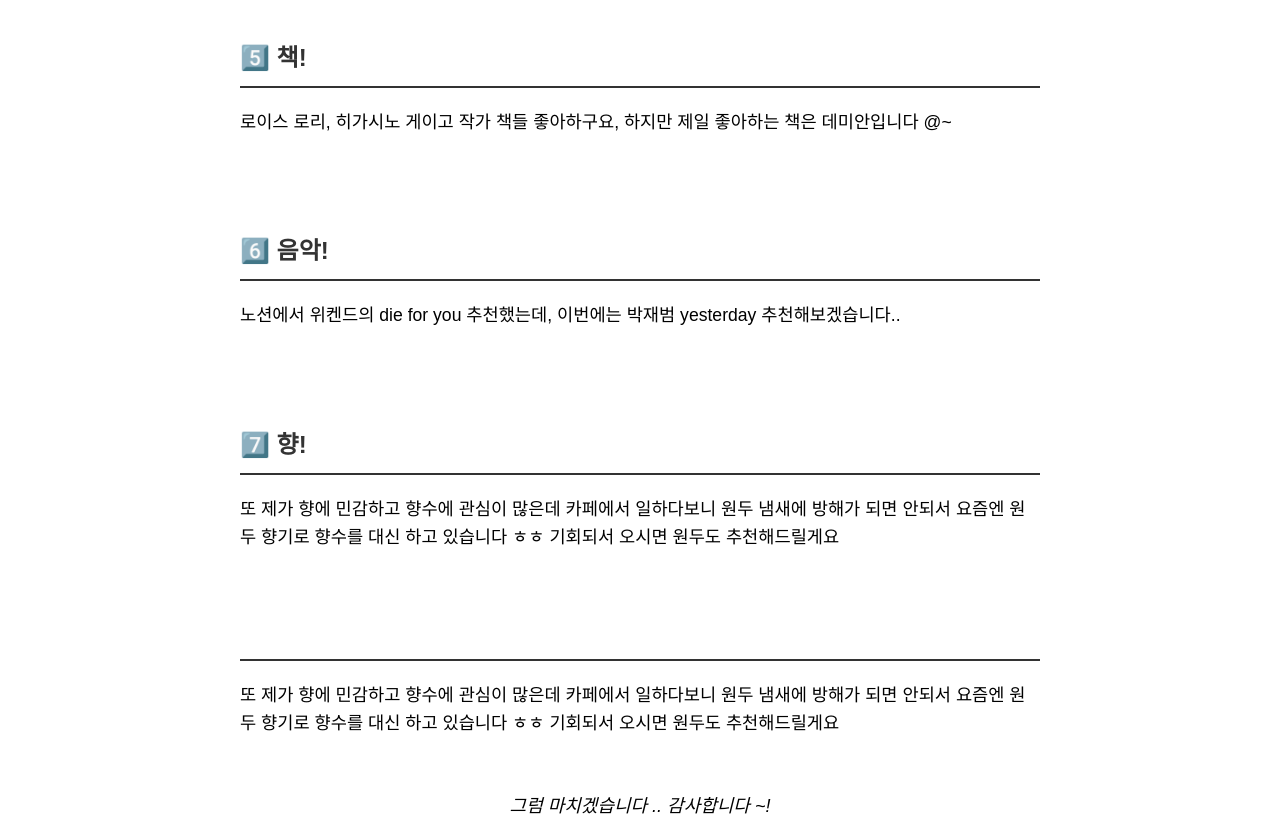
Repository: 211-k/211-k.github.io
Page: index.html
The author's editor kept a copy of each file at every save. The page is drawn from the files as they stood at one save, then again after the next save.
The browser window is 1280 px wide. The pictures show the part of the page from y = 2919 to 3793 px (the page is 3757 px tall before and 3793 px after).
A picture or video elsewhere on the page could not be fetched, so the positions and the page height are approximate.

Above is the page before, as saved 2023-03-23 02:04:53.

### index.html
<!DOCTYPE html>
<html lang="en">

<head>
    <meta charset="UTF-8">
    <meta http-equiv="X-UA-Compatible" content="IE=edge">
    <meta name="viewport" content="width=device-width, initial-scale=1.0">
    <title>리원이의 자기소개페이지</title>
    <link rel="stylesheet" href="style.css">
</head>

<body>
    <header>
        <h1 id="title">🦁</h1>
    </header>
    <div>
        <p class="content">안녕하세요 👋
            11기 아기사자 김리원입니다.</p>
        <img src="./me.jpeg" width="400px" alt="">
    </div>
    <div>
        <h2 class="subtitle">1️⃣ 나는!</h2>
        <p class="content">제 전공은 경영학이고 기획에 관심이 많아 기획/디자인 파트에 속해 있습니당</p>
    </div>
    <div>
        <h2 class="subtitle">2️⃣ MBT!</h2>
        <p class="content">mbti는 istp같은 estp이고 낯은 많이 가리지만 친해지면 후회없읍미다 !! ^_^</p>
        <img src="./cat.jpeg" width="400px" alt="">
    </div>
    <div>
        <h2 class="subtitle">3️⃣ 취미!</h2>
        <p class="content">제 취미는 음악듣기,사진찍기,커피내리기,책,영화보기,산책하기 등등 있는데요 ! 음악,책,영화 추천 받는거 조아하니까 관련 주제로 얘기나누면서 친해지면 좋을 거 같아용
            ㅎㅎ
            운동도 좋아해요! 특히 구기종목 !_! (어렸을 때 아빠랑 캐치볼도 많이 했고 특히 농구,볼링,배드민턴 보는 거, 하는 거 다 좋아요) </p>
    </div>
    <div>
        <h2 class="subtitle">4️⃣ 사진!</h2>
        <p class="content">이건 집 근처에 제가 산책하러 자주 가는 호수 사진이에요 !
        </p>
        <img src="./호수.jpeg" width="800px" alt="">
    </div>
    <div>
        <h2 class="subtitle">5️⃣ 책!</h2>
        <p class="content">로이스 로리, 히가시노 게이고 작가 책들 좋아하구요,
            하지만 제일 좋아하는 책은 데미안입니다 @~
        </p>
    </div>
    <div>
        <h2 class="subtitle">6️⃣ 음악!</h2>
        <p class="content">노션에서 위켄드의 die for you 추천했는데, 이번에는 박재범 yesterday 추천해보겠습니다..
        </p>
    </div>
    <div>
        <h2 class="subtitle">7️⃣ 향!</h2>
        <p class="content">또 제가 향에 민감하고 향수에 관심이 많은데 카페에서 일하다보니 원두 냄새에 방해가 되면 안되서 요즘엔 원두 향기로 향수를 대신 하고 있습니다 ㅎㅎ
            기회되서 오시면 원두도 추천해드릴게요
        </p>
    </div>
    <div>
        <h2 class="subtitle"></h2>
        <p class="content">또 제가 향에 민감하고 향수에 관심이 많은데 카페에서 일하다보니 원두 냄새에 방해가 되면 안되서 요즘엔 원두 향기로 향수를 대신 하고 있습니다 ㅎㅎ
            기회되서 오시면 원두도 추천해드릴게요
        </p>
    </div>
    <p class="end">그럼 마치겠습니다 .. 감사합니다 ~!</p>
</body>

</html>

### style.css
body {
    font-family: Arial, sans-serif;
    line-height: 1.5;
    margin: 0;
    padding: 0;
}

header {
    background-color: #333;
    color: #fff;
    padding: 20px;
}

h1#title {
    margin: 0;
    font-size: 2.5rem;
    font-weight: bold;
    text-align: center;
}

div {
    max-width: 800px;
    margin: 0 auto;
    padding: 20px;
}

h2 {
    margin-top: 40px;
    font-size: 1.5rem;
    font-weight: bold;
}

p.content {
    font-size: 1.1rem;
    line-height: 1.6;
}

a.link {
    color: #333;
    text-decoration: none;
    border-bottom: 2px solid #333;
}

a.link:hover {
    color: #fff;
    background-color: #333;
}

h2.subtitle {
    color: #333;
    border-bottom: 2px solid #333;
    padding-bottom: 10px;
}

p.end {
    text-align: center;
    font-size: large;
    font-style: oblique;
}

After the next save:
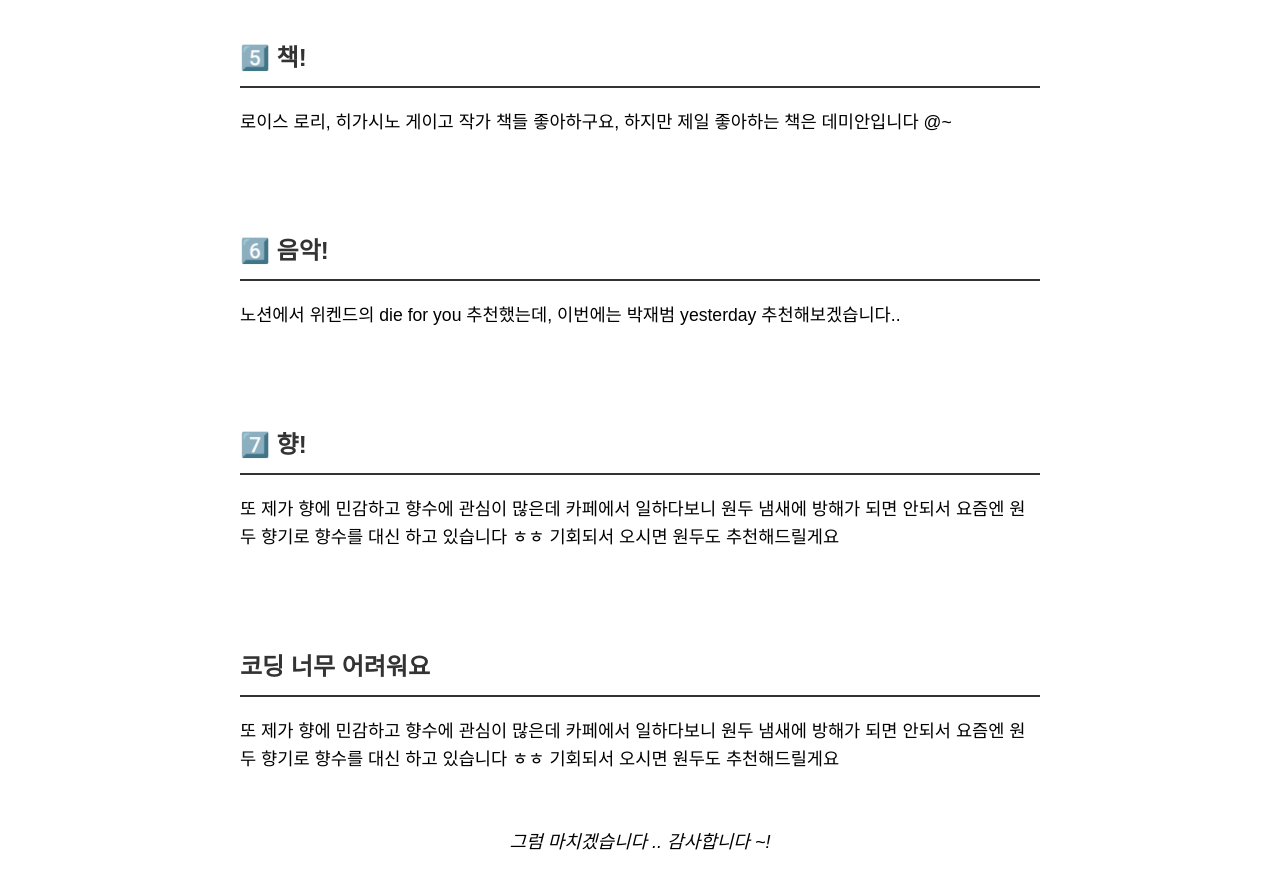
Saved 16 s later.
--- a/index.html
+++ b/index.html
@@ -57,7 +57,7 @@
         </p>
     </div>
     <div>
-        <h2 class="subtitle"></h2>
+        <h2 class="subtitle">코딩 너무 어려워요</h2>
         <p class="content">또 제가 향에 민감하고 향수에 관심이 많은데 카페에서 일하다보니 원두 냄새에 방해가 되면 안되서 요즘엔 원두 향기로 향수를 대신 하고 있습니다 ㅎㅎ
             기회되서 오시면 원두도 추천해드릴게요
         </p>
